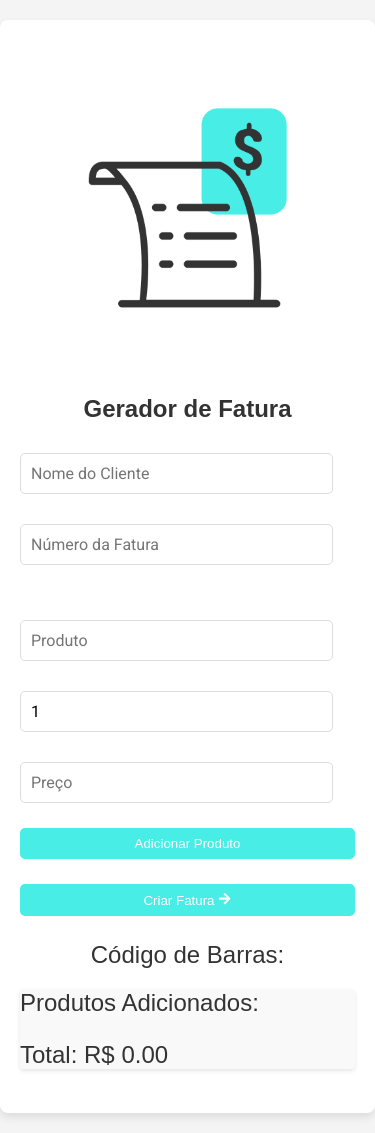
Repository: devthmedu/Invoice-Generator
Page: /
The author's editor kept a copy of each file at every save. The page is drawn from the files as they stood at one save, then again after the next save.
The browser window is 375 px wide. The pictures show the whole page.
The project was rebuilt for these pictures with package versions that can differ from the ones it lists, and the page was loaded fresh each time. Also part of the build but not shown: vite.config.js, src/Componete/Template.jsx.

Above is the page before, as saved 2024-07-16 22:37:03.

### index.html
<!DOCTYPE html>
<html lang="pt-BR">

<head>
  <meta charset="UTF-8" />
  <meta name="viewport" content="width=device-width, initial-scale=1.0" />
  <meta name="description" content="Gere sua fatura de forma simples e rápida com nosso gerador de faturas em React." />
  <meta name="keywords" content="fatura, gerador de faturas, React, financeiro" />
  <meta name="author" content="Thomas Eduardo" />
  <link rel="stylesheet" href="./src/App.css">
  <link rel="icon" href="./public/logo.png" />
  <title>Gere sua Fatura</title>
</head>


<body>
  <div id="root"></div>
  <script type="module" src="./src/main.jsx"></script>
</body>

</html>

### src/App.css
/* Global Styles */
body {
  font-family: 'Arial', sans-serif;
  background-color: #f4f4f4;
  margin: 0;
  padding: 0;
}

.container {
  max-width: 800px;
  margin: 20px auto;
  padding: 20px;
  background: #ffffff;
  border-radius: 8px;
  box-shadow: 0 4px 8px rgba(0, 0, 0, 0.1);
}

.logo {
  display: block;
  margin: 0 auto 20px;
  max-width: 100%;
  height: auto;
}

.title {
  text-align: center;
  color: #333;
  margin-bottom: 20px;
}

/* Form Styles */
.form {
  display: flex;
  flex-direction: column;
  gap: 15px;
}

.inputs {
  display: flex;
  gap: 10px;
  flex-wrap: wrap; /* Allow wrapping */
}

.input-field {
  flex: 1;
  padding: 10px;
  border: 1px solid #ccc;
  border-radius: 4px;
  font-size: 16px;
  min-width: 200px; /* Minimum width for inputs */
  box-sizing: border-box; /* Include padding and border in width */
}

.submit-button {
  padding: 10px 15px;
  background-color: #48ede5;
  color: #fff;
  border: none;
  border-radius: 5px;
  cursor: pointer;
  transition: background-color 0.3s;
}

.submit-button:hover {
  background-color: #36b8c2;
}

.product-form {
  margin-top: 20px;
  display: flex;
  flex-direction: column;
  gap: 10px;
}

.product-form input {
  padding: 10px;
  border: 1px solid #ccc;
  border-radius: 4px;
  width: 100%; /* Full width for product inputs */
  box-sizing: border-box; /* Include padding and border in width */
}

/* Product List Styles */
.product-list {
  margin-top: 20px;
  padding: 10px;
  background: #f9f9f9;
  border-radius: 4px;
  box-shadow: 0 2px 4px rgba(0, 0, 0, 0.1);
}

.product-list ul {
  list-style-type: none;
  padding: 0;
}

.product-list li {
  padding: 8px 0;
  border-bottom: 1px solid #ddd;
}

.product-list li:last-child {
  border-bottom: none;
}

/* Barcode and PDF Container Styles */
.barcode-container {
  margin-top: 20px;
  text-align: center;
}


/* Button Styles */
.back-button {
  margin-top: 20px;
  padding: 10px 15px;
  background-color: #ff6b6b;
  color: white;
  border: none;
  border-radius: 5px;
  cursor: pointer;
  transition: background-color 0.3s;
}

.back-button:hover {
  background-color: #e55b5b;
}

/* Media Queries */
@media (max-width: 600px) {
  .inputs {
    flex-direction: column;
  }

  .input-field {
    margin-bottom: 10px;
    width: 100%; /* Full width on small screens */
  }

  .product-list, .pdf-container {
    padding: 15px; /* Less padding for smaller screens */
  }

  .submit-button {
    width: 100%; /* Full width for the button */
  }

  .back-button {
    width: 100%; /* Full width for the back button */
  }
}

@media (max-width: 400px) {
  .submit-button, .back-button {
    padding: 8px; /* Smaller padding on extra small screens */
  }

  .title {
    font-size: 1.5em; /* Adjust font size for smaller screens */
  }
}

### src/main.jsx
import React from 'react';
import ReactDOM from 'react-dom/client';
import App from './App';
import 'react-toastify/dist/ReactToastify.css';
import { ToastContainer } from 'react-toastify';


const root = ReactDOM.createRoot(document.getElementById('root'));


root.render(
  <React.StrictMode>
    <ToastContainer />
    <App />
  </React.StrictMode>,
);

### src/App.jsx
import React, { useState, useEffect } from 'react';
import './App.css';
import TemplatePdf from './Componete/Template';
import Barcode from 'react-barcode';
import { FaArrowRight, FaArrowLeft, FaEdit, FaTrash } from 'react-icons/fa';
import { toast, ToastContainer } from 'react-toastify';
import logo from '/logo.png';

function App() {
  const [numeroDaFatura, setNumeroDaFatura] = useState('');
  const [nomeCliente, setNomeCliente] = useState('');
  const [data, setData] = useState('');
  const [visualizar, setVisualizar] = useState(true);
  const [loading, setLoading] = useState(false);
  const [produtos, setProdutos] = useState([]);
  const [produto, setProduto] = useState('');
  const [quantidade, setQuantidade] = useState(1);
  const [preco, setPreco] = useState('');
  const [editIndex, setEditIndex] = useState(null);

  useEffect(() => {
    const atual = new Date();
    const dataFormatada = `${String(atual.getDate()).padStart(2, '0')}/${String(
      atual.getMonth() + 1,
    ).padStart(2, '0')}/${atual.getFullYear()}`;
    setData(dataFormatada);

    const storedData = JSON.parse(localStorage.getItem('invoiceData'));
    if (storedData) {
      setNumeroDaFatura(storedData.numeroDaFatura);
      setNomeCliente(storedData.nomeCliente);
      setProdutos(storedData.produtos);
    }
  }, []);

  useEffect(() => {
    localStorage.setItem(
      'invoiceData',
      JSON.stringify({ numeroDaFatura, nomeCliente, produtos }),
    );
  }, [numeroDaFatura, nomeCliente, produtos]);

  const validarEntrada = () => {
    if (!numeroDaFatura.match(/^[0-9]+$/)) {
      toast.error('Por favor, insira um número de fatura válido.');
      return false;
    }
    if (!nomeCliente) {
      toast.error('Por favor, insira o nome do cliente.');
      return false;
    }
    return true;
  };

  const criarFatura = () => {
    if (!validarEntrada()) return;

    setLoading(true);
    setTimeout(() => {
      toast.success('Fatura criada com sucesso!');
      setLoading(false);
      setVisualizar(false);
    }, 500);
  };

  const validarEntradaProduto = () => {
    if (!produto) {
      toast.error('Por favor, insira o nome do produto.');
      return false;
    }
    if (quantidade <= 0) {
      toast.error('Quantidade deve ser maior que zero.');
      return false;
    }
    if (preco <= 0) {
      toast.error('Preço deve ser maior que zero.');
      return false;
    }
    return true;
  };

  const adicionarProduto = () => {
    if (validarEntradaProduto()) {
      const newProduto = {
        produto,
        quantidade: Number(quantidade),
        preco: Number(preco),
      };
      if (editIndex !== null) {
        const updatedProdutos = produtos.map((item, index) =>
          index === editIndex ? newProduto : item,
        );
        setProdutos(updatedProdutos);
        setEditIndex(null);
        toast.success('Produto atualizado com sucesso!');
      } else {
        setProdutos((prevProdutos) => [...prevProdutos, newProduto]);
        toast.success('Produto adicionado com sucesso!');
      }
      resetProdutoFields();
    }
  };

  const editarProduto = (index) => {
    const produtoEditado = produtos[index];
    setProduto(produtoEditado.produto);
    setQuantidade(produtoEditado.quantidade);
    setPreco(produtoEditado.preco);
    setEditIndex(index);
  };

  const removerProduto = (index) => {
    setProdutos(produtos.filter((_, i) => i !== index));
    toast.success('Produto removido com sucesso!');
  };

  const resetProdutoFields = () => {
    setProduto('');
    setQuantidade(1);
    setPreco('');
  };

  const totalFatura = produtos.reduce(
    (acc, curr) => acc + curr.quantidade * curr.preco,
    0,
  );

  const voltar = () => {
    setVisualizar(true);
    resetForm();
  };

  const resetForm = () => {
    setNumeroDaFatura('');
    setNomeCliente('');
    setProdutos([]);
    localStorage.removeItem('invoiceData');
  };

  return (
    <>
      <ToastContainer />
      {visualizar ? (
        <div className="container">
          <img src={logo} alt="Logo" className="logo" />
          <h1 className="title">Gerador de Fatura</h1>
          <div className="form">
            <div className="inputs">
              <input
                type="text"
                placeholder="Nome do Cliente"
                value={nomeCliente}
                onChange={(e) => setNomeCliente(e.target.value)}
                disabled={loading}
                className="input-field"
                required
              />
              <input
                type="text"
                placeholder="Número da Fatura"
                value={numeroDaFatura}
                onChange={(e) => setNumeroDaFatura(e.target.value)}
                disabled={loading}
                className="input-field"
                required
              />
            </div>
            <div className="product-form">
              <input
                type="text"
                placeholder="Produto"
                value={produto}
                onChange={(e) => setProduto(e.target.value)}
                className="input-field"
              />
              <input
                type="number"
                placeholder="Quantidade"
                value={quantidade}
                onChange={(e) => setQuantidade(e.target.value)}
                className="input-field"
                min="1"
              />
              <input
                type="number"
                placeholder="Preço"
                value={preco}
                onChange={(e) => setPreco(e.target.value)}
                className="input-field"
                min="0"
              />
              <button onClick={adicionarProduto} className="submit-button">
                {editIndex !== null ? 'Atualizar Produto' : 'Adicionar Produto'}
              </button>
            </div>
            <div className="buttons">
              <button
                onClick={criarFatura}
                disabled={loading}
                className="submit-button"
                title={
                  loading
                    ? 'Aguarde enquanto a fatura é criada'
                    : 'Criar fatura'
                }
              >
                {loading ? 'Criando...' : 'Criar Fatura'} <FaArrowRight />
              </button>
            </div>
          </div>
          <div className="barcode-container">
            <h2>Código de Barras:</h2>
            {numeroDaFatura && <Barcode value={numeroDaFatura} />}
          </div>
          <div className="product-list">
            <h3>Produtos Adicionados:</h3>
            <ul>
              {produtos.map((item, index) => (
                <li key={index}>
                  {item.quantidade} x {item.produto} @ R${' '}
                  {item.preco.toFixed(2)} = R${' '}
                  {(item.quantidade * item.preco).toFixed(2)}
                  <button onClick={() => editarProduto(index)}>
                    <FaEdit />
                  </button>
                  <button onClick={() => removerProduto(index)}>
                    <FaTrash />
                  </button>
                </li>
              ))}
            </ul>
            <h3>Total: R$ {totalFatura.toFixed(2)}</h3>
          </div>
        </div>
      ) : (
        <div className="pdf-container">
          <TemplatePdf
            NumeroDaFatura={numeroDaFatura}
            data={data}
            nomeCliente={nomeCliente}
            produtos={produtos}
            total={totalFatura}
          />
          <button onClick={voltar} className="back-button">
            Voltar <FaArrowLeft />
          </button>
        </div>
      )}
    </>
  );
}

export default App;

### src/Componete/Template.css
/* Template.css */

/* Import Roboto font from Google Fonts */
@import url('https://fonts.googleapis.com/css2?family=Roboto:wght@400;500;700&display=swap');

.pdf-container {
  max-width: 900px;
  margin: 40px auto;
  padding: 30px;
  border-radius: 10px;
  box-shadow: 0 4px 20px rgba(0, 0, 0, 0.1);
  background-color: #ffffff; /* White background for the main container */
  font-family: 'Roboto', sans-serif; /* Use Roboto font */
  color: #333;
  text-align: center;
}

.pdf-logo {
  max-width: 150px; /* Logo size */
  margin: 0 auto 20px; /* Center logo */
}


h1 {
  font-size: 2.5em;
  margin-bottom: 20px;
  color: #48ede5;
  font-weight: 700; /* Bold */
}

h2 {
  font-size: 1.8em;
  margin-top: 20px;
  margin-bottom: 10px;
  color: #333;
  font-weight: 500; /* Medium */
}

h3 {
  font-size: 1.5em;
  margin-top: 15px;
  color: #333;
  font-weight: 500; /* Medium */
}

.product-list {
  list-style-type: none;
  padding: 0;
}

.product-list li {
  display: flex;
  justify-content: space-between;
  align-items: center;
  padding: 15px;
  border: 1px solid #ddd; /* Light border for items */
  border-radius: 8px;
  background-color: #f9f9f9; /* Light background for items */
  margin-bottom: 10px;
  transition: background-color 0.3s;
}

.product-list li:hover {
  background-color: #f1f1f1; /* Hover effect */
}

.product-list li span {
  flex-grow: 1;
  font-weight: 700; /* Bold for product text */
}

button {
  background-color: #48ede5; /* Primary button color */
  color: white;
  border: none;
  border-radius: 5px;
  padding: 8px 12px;
  cursor: pointer;
  transition: background-color 0.3s, transform 0.3s;
}

button:hover {
  background-color: #36b2c0; /* Darker shade on hover */
}

.add-product-button {
  background-color: #28a745; /* Success color */
}

.add-product-button:hover {
  background-color: #218838;
}

.print-button {
  background-color: #ffc107; /* Warning color */
}

.print-button:hover {
  background-color: #e0a800;
}

input[type="text"],
input[type="number"] {
  width: calc(100% - 22px);
  padding: 10px;
  margin: 10px 0;
  border: 1px solid #ddd;
  border-radius: 5px;
  box-sizing: border-box;
  font-family: 'Roboto', sans-serif; /* Use Roboto font for inputs */
}

input[type="text"]:focus,
input[type="number"]:focus {
  border-color: #48ede5; /* Highlight color */
  outline: none;
}

.dialog-title {
  display: flex;
  justify-content: space-between;
  align-items: center;
}

.icon-close {
  cursor: pointer;
  color: #e74c3c; /* Error color */
}

.icon-close:hover {
  opacity: 0.8;
}

/* Media Queries */
@media (max-width: 600px) {
  .pdf-container {
    padding: 20px;
  }

  h1 {
    font-size: 2em;
  }

  h2 {
    font-size: 1.5em;
  }

  button {
    width: 100%;
    margin: 5px 0;
  }
}

After the next save:
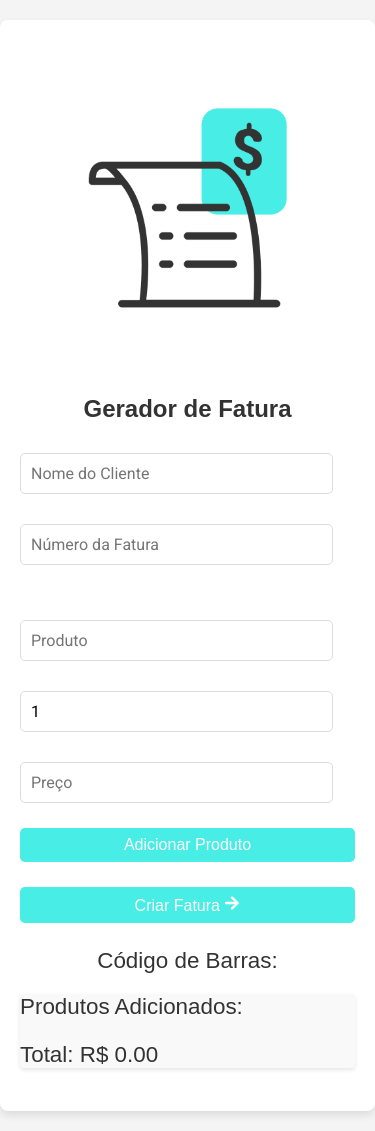
Saved 74 s later.
--- a/src/Componete/Template.css
+++ b/src/Componete/Template.css
@@ -12,7 +12,7 @@
   background-color: #ffffff; /* White background for the main container */
   font-family: 'Roboto', sans-serif; /* Use Roboto font */
   color: #333;
-  text-align: center;
+  text-align: left; /* Align text to the left for professionalism */
 }
 
 .pdf-logo {
@@ -20,16 +20,15 @@
   margin: 0 auto 20px; /* Center logo */
 }
 
-
 h1 {
-  font-size: 2.5em;
-  margin-bottom: 20px;
+  font-size: 2.2em; /* Adjusted size for better alignment */
+  margin-bottom: 15px;
   color: #48ede5;
   font-weight: 700; /* Bold */
 }
 
 h2 {
-  font-size: 1.8em;
+  font-size: 1.6em; /* Adjusted size for better alignment */
   margin-top: 20px;
   margin-bottom: 10px;
   color: #333;
@@ -37,7 +36,7 @@
 }
 
 h3 {
-  font-size: 1.5em;
+  font-size: 1.4em; /* Adjusted size for better alignment */
   margin-top: 15px;
   color: #333;
   font-weight: 500; /* Medium */
@@ -52,7 +51,7 @@
   display: flex;
   justify-content: space-between;
   align-items: center;
-  padding: 15px;
+  padding: 12px; /* Adjusted padding for items */
   border: 1px solid #ddd; /* Light border for items */
   border-radius: 8px;
   background-color: #f9f9f9; /* Light background for items */
@@ -66,7 +65,8 @@
 
 .product-list li span {
   flex-grow: 1;
-  font-weight: 700; /* Bold for product text */
+  font-weight: 600; /* Bold for product text */
+  font-size: 1.1em; /* Adjusted size for readability */
 }
 
 button {
@@ -74,9 +74,10 @@
   color: white;
   border: none;
   border-radius: 5px;
-  padding: 8px 12px;
+  padding: 10px 15px; /* Adjusted padding for better button size */
   cursor: pointer;
   transition: background-color 0.3s, transform 0.3s;
+  font-size: 1em; /* Consistent button text size */
 }
 
 button:hover {
@@ -108,6 +109,7 @@
   border-radius: 5px;
   box-sizing: border-box;
   font-family: 'Roboto', sans-serif; /* Use Roboto font for inputs */
+  font-size: 1em; /* Consistent input text size */
 }
 
 input[type="text"]:focus,
@@ -138,15 +140,16 @@
   }
 
   h1 {
-    font-size: 2em;
+    font-size: 1.8em; /* Smaller for mobile */
   }
 
   h2 {
-    font-size: 1.5em;
+    font-size: 1.4em; /* Smaller for mobile */
   }
 
   button {
     width: 100%;
     margin: 5px 0;
+    padding: 10px; /* Adjusted padding for mobile */
   }
 }

After the save that followed:
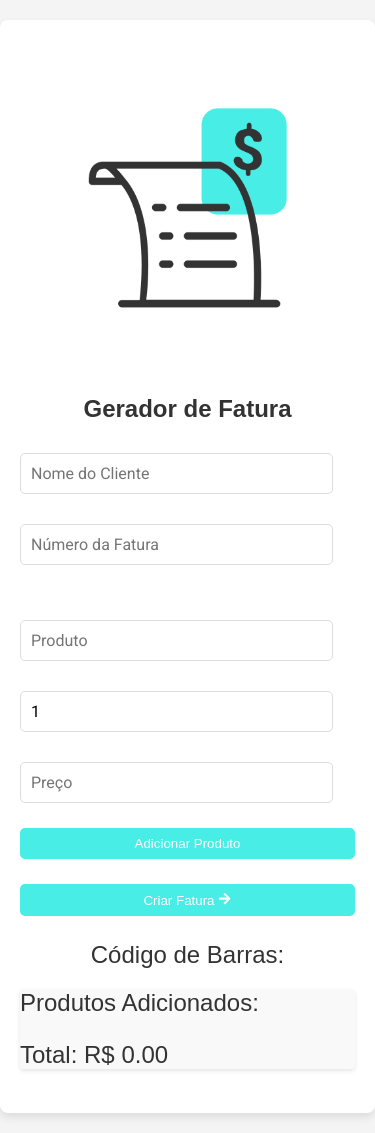
Saved 9 s later.
--- a/src/Componete/Template.css
+++ b/src/Componete/Template.css
@@ -12,7 +12,7 @@
   background-color: #ffffff; /* White background for the main container */
   font-family: 'Roboto', sans-serif; /* Use Roboto font */
   color: #333;
-  text-align: left; /* Align text to the left for professionalism */
+  text-align: center;
 }
 
 .pdf-logo {
@@ -20,15 +20,16 @@
   margin: 0 auto 20px; /* Center logo */
 }
 
+
 h1 {
-  font-size: 2.2em; /* Adjusted size for better alignment */
-  margin-bottom: 15px;
+  font-size: 2.5em;
+  margin-bottom: 20px;
   color: #48ede5;
   font-weight: 700; /* Bold */
 }
 
 h2 {
-  font-size: 1.6em; /* Adjusted size for better alignment */
+  font-size: 1.8em;
   margin-top: 20px;
   margin-bottom: 10px;
   color: #333;
@@ -36,7 +37,7 @@
 }
 
 h3 {
-  font-size: 1.4em; /* Adjusted size for better alignment */
+  font-size: 1.5em;
   margin-top: 15px;
   color: #333;
   font-weight: 500; /* Medium */
@@ -51,7 +52,7 @@
   display: flex;
   justify-content: space-between;
   align-items: center;
-  padding: 12px; /* Adjusted padding for items */
+  padding: 15px;
   border: 1px solid #ddd; /* Light border for items */
   border-radius: 8px;
   background-color: #f9f9f9; /* Light background for items */
@@ -65,8 +66,7 @@
 
 .product-list li span {
   flex-grow: 1;
-  font-weight: 600; /* Bold for product text */
-  font-size: 1.1em; /* Adjusted size for readability */
+  font-weight: 700; /* Bold for product text */
 }
 
 button {
@@ -74,10 +74,9 @@
   color: white;
   border: none;
   border-radius: 5px;
-  padding: 10px 15px; /* Adjusted padding for better button size */
+  padding: 8px 12px;
   cursor: pointer;
   transition: background-color 0.3s, transform 0.3s;
-  font-size: 1em; /* Consistent button text size */
 }
 
 button:hover {
@@ -109,7 +108,6 @@
   border-radius: 5px;
   box-sizing: border-box;
   font-family: 'Roboto', sans-serif; /* Use Roboto font for inputs */
-  font-size: 1em; /* Consistent input text size */
 }
 
 input[type="text"]:focus,
@@ -140,16 +138,15 @@
   }
 
   h1 {
-    font-size: 1.8em; /* Smaller for mobile */
+    font-size: 2em;
   }
 
   h2 {
-    font-size: 1.4em; /* Smaller for mobile */
+    font-size: 1.5em;
   }
 
   button {
     width: 100%;
     margin: 5px 0;
-    padding: 10px; /* Adjusted padding for mobile */
   }
 }
